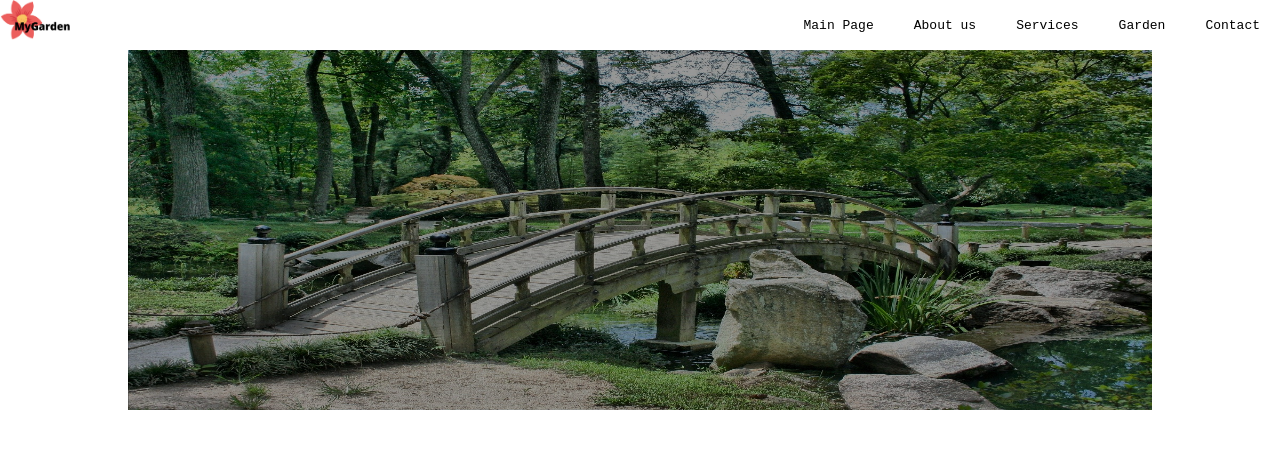
Repository: PatryxB/garden
Page: http://localhost/
These files come from the project's save history. The page is drawn as it stood at one moment and after the next save; the edit follows.
The browser window is 1280 px wide. The pictures show the whole page.
Some web fonts or font styles are not loaded; a fallback is used. The page is served by the project's Laravel application, run on PHP 8.4 with Laravel 8. Other server files are loaded and not shown. Style sheets and scripts are compiled from the project's sources, by tool versions that may differ from the author's.

Above is the page before, as saved 2020-05-01 21:39:50.

### resources/views/welcome.blade.php
<!DOCTYPE html>
<html lang="{{ str_replace('_', '-', app()->getLocale()) }}">
    <head>
        <meta charset="utf-8">
        <meta name="viewport" content="width=device-width, initial-scale=1">

        <title>Garden</title>

        <!-- Fonts -->
        <link href="https://fonts.googleapis.com/css?family=Nunito:200,600" rel="stylesheet">
        <link rel="stylesheet" href="/css/app.css">

    <body>

        <nav>
            <img src="{{asset('/img/MyGarden.png')}}" width="70" height="40">
            <ul>
                <li><a href="">Main Page</a></li>
                <li><a href="">About us</a></li>
                <li><a href="">Services</a></li>
                <li><a href="">Garden</a></li>
                <li><a href="">Contact</a></li>
            </ul>
        </nav>

        <div class="banner">
            <img src="{{url('/img/gardenbanner.jpg')}}" alt="">
        </div>

    </body>
</html>

### resources/sass/app.scss
@import url('https://fonts.googleapis.com/css2?family=Roboto+Mono&display=swap');
html, body{
    box-sizing: border-box;
    margin: 0;
    padding: 0;
    font-family: 'Roboto Mono', monospace;
}
nav{
    width: 100%;
}
nav ul{
    display: flex;
    float: right;
}
nav ul li a{
    text-decoration: none;
    font-size: 13px;
    display: inline-block;
    color: black;
    margin-left: 20px;
    cursor:pointer;
    margin-right: 20px;
}
li{
    list-style: none;
}
.banner{
    width: 80%;
    margin: 0 auto;
}
.banner img{
    width: 100%;
    height: 50vh;
    position: relative;
    filter: brightness(60%);
}

Loaded but not shown: routes/web.php (common file)

After the next save:
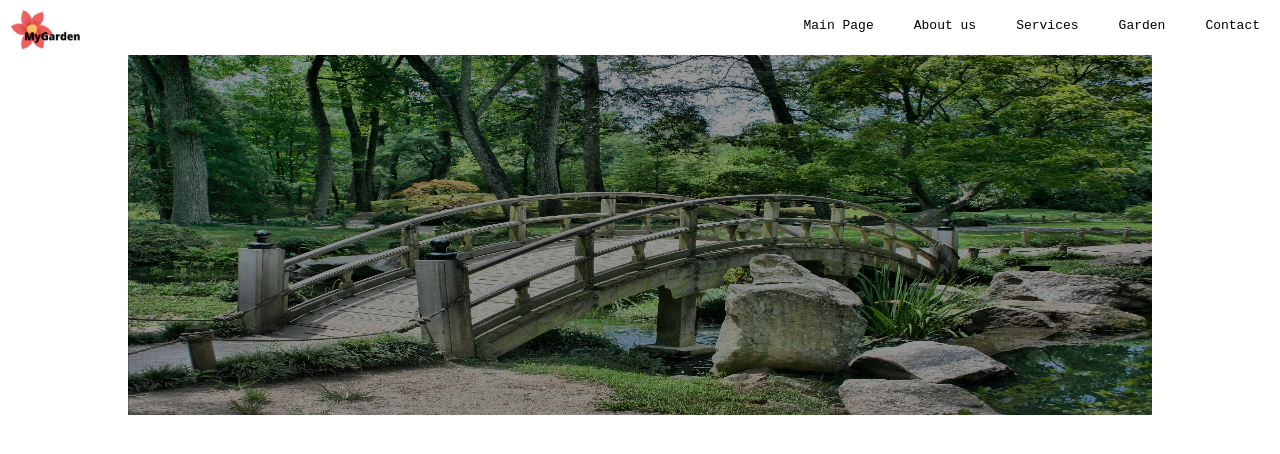
Saved 35 s later.
--- a/resources/views/welcome.blade.php
+++ b/resources/views/welcome.blade.php
@@ -13,7 +13,7 @@
     <body>
 
         <nav>
-            <img src="{{asset('/img/MyGarden.png')}}" width="70" height="40">
+            <img src="{{asset('/img/MyGarden.png')}}" width="70" height="40" style="margin-top:10px;margin-left:10px">
             <ul>
                 <li><a href="">Main Page</a></li>
                 <li><a href="">About us</a></li>
